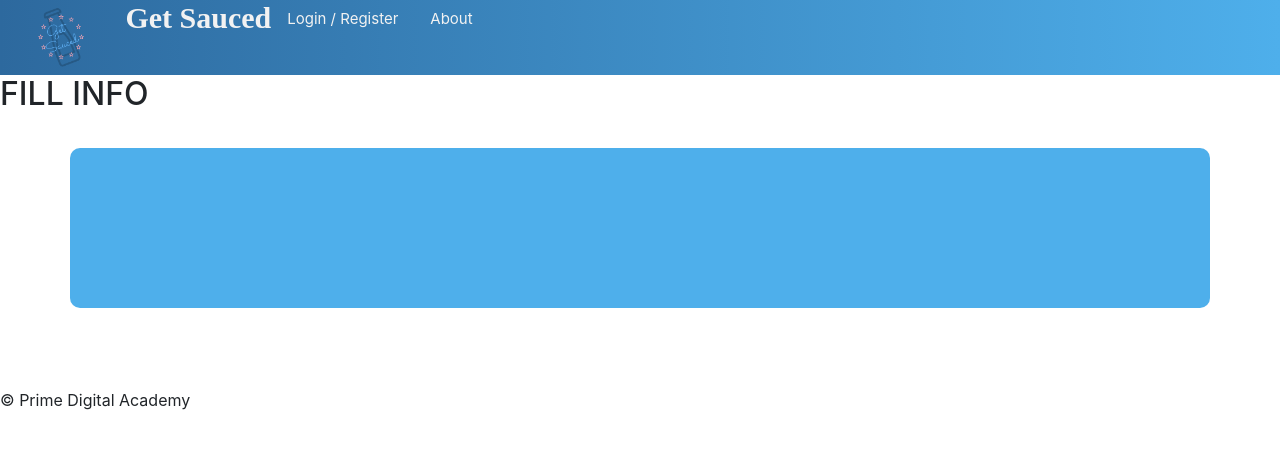
Repository: cossalter18/getSauced
Page: /#/about
The author's editor kept a copy of each file at every save. The page is drawn from the files as they stood at one save, then again after a run of saves.
The browser window is 1280 px wide. The pictures show the whole page.
The page's requests for data from a server got no answer. The project was rebuilt for these pictures with package versions that can differ from the ones it lists, and the page was loaded fresh each time. No one was signed in, and anything a server would have sent is missing. Also part of the build but not shown: src/components/LogOutButton/LogOutButton.js, src/components/LoginPage/LoginPage.js, src/components/RegisterPage/RegisterPage.js, src/components/ProtectedRoute/ProtectedRoute.js, src/components/AboutPage/AboutPage.css, src/components/UserPage/UserPage.js, src/components/BlogPost/BlogPost.js, src/components/NewPost/NewPost.css and 9 more.

Above is the page before, as saved 2020-06-03 10:02:05.

After the next 2 saves:
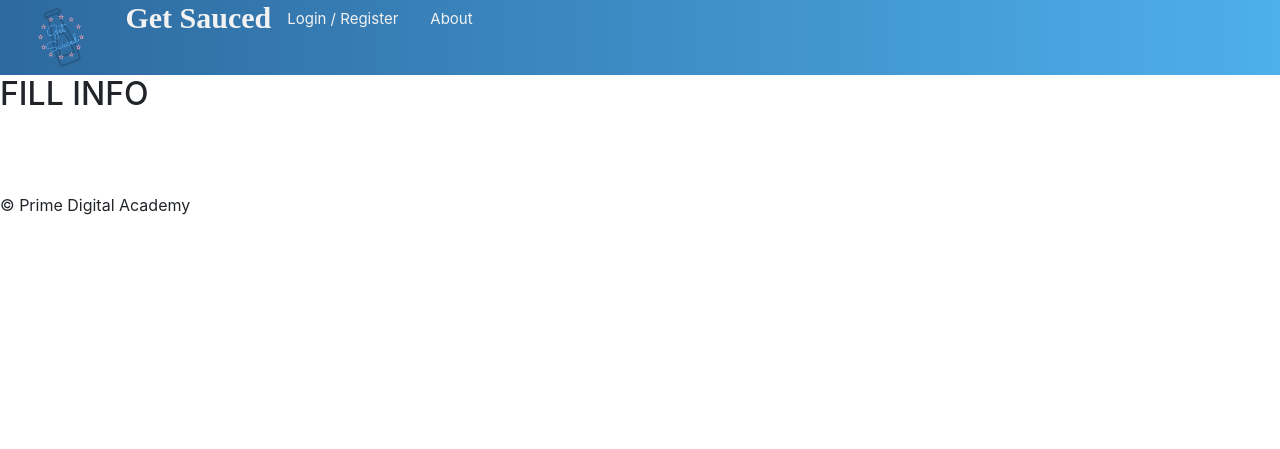
The 2 saves are shown as one change because they came seconds apart.
The last was saved 41 s later.
--- a/src/components/AboutPage/AboutPage.js
+++ b/src/components/AboutPage/AboutPage.js
@@ -18,7 +18,7 @@ class AboutPage extends Component {
       <div>
         {/* <p>{JSON.stringify(this.props.reduxState.randomReducer)}</p> */}
         <h2>FILL INFO</h2>
-        <div className="container">
+        <div className="randomContainer">
         {this.props.reduxState.randomReducer.map((item) => {
           return (
             <div key={item.id}>
